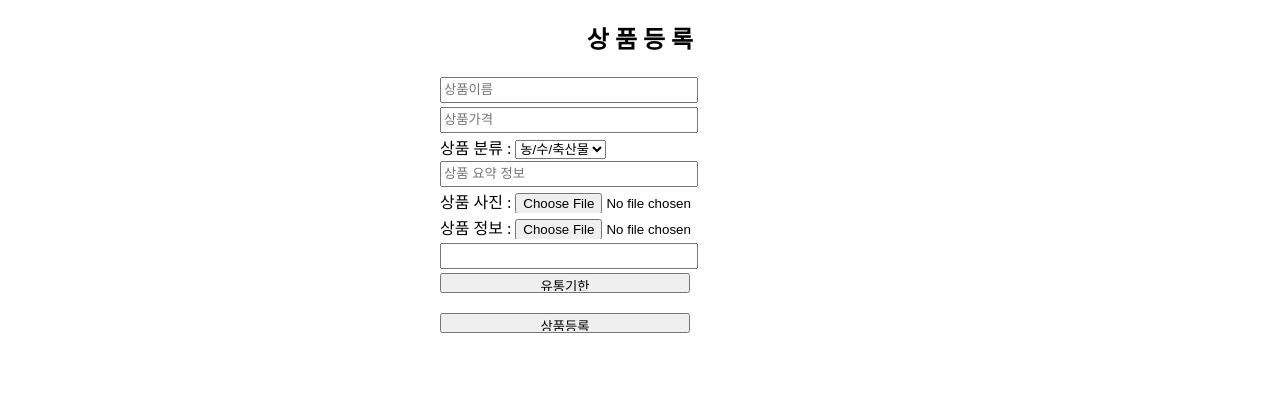
Repository: fellownew/project_workspace
Page: http://localhost/shoppingmall/WEB-INF/view/body/product/product_join_form.jsp
An editor plug-in stored every save of this project. The page is shown before and after a run of saves, followed by the edit.
The browser window is 1280 px wide. The pictures show the whole page.
The page is served by Tomcat 9. Nobody is signed in. Other server files are loaded and not shown. The template is opened directly, without the code that normally fills it, so the values that code supplies are empty.

Above is the page before, as saved 2015-06-11 01:50:34.

### shoppingmall/WebContent/WEB-INF/view/body/product/product_join_form.jsp
<%@ page contentType="text/html;charset=UTF-8"%>
<!DOCTYPE html>
<script type="text/javascript" src="<%=request.getContextPath() %>/script/jquery.js"></script>
<script type="text/javascript" src="<%=request.getContextPath() %>/script/date_picker.js"></script>
<script type="text/javascript">


	$(document).ready(function(){
		$("#registerBtn").on("click",function(){
			if($("#productId").val().trim()=='' ||
					$("#productPrice").val().trim()=='' ||
					$("#productInfo").val().trim()=='' ||
					$("#upfile").val().trim()=='' ||
					$("#expDate").val().trim()=='' ){
					alert("입력정보를 확인하세요");
					return false;
				}
		});

		$("#upfile").on("change",function(){
			var path = $(this).val();
			var leng = path.length;
			var txt = path.substr(leng-3,3);
			document.e
			if((txt != "jpg") && (txt != "peg") && (txt != "png") && (txt != "gif") && (txt != "bmp")){
				alert("jpg, jpeg, png, gif 파일만 등록 가능합니다.");
				return false;
			}


		});
		$("#infoUpfile").on("change",function(){
			var path = $(this).val();
			var leng = path.length;
			var txt = path.substr(leng-3,3);
			if((txt != "jpg") && (txt != "peg") && (txt != "png") && (txt != "gif") && (txt != "bmp")){
				alert("jpg, jpeg, png, gif 파일만 등록 가능합니다.");
				return false;
			}
		});
	});
</script>
<style>
#join_form input{
	margin-top: 2px;
	margin-bottom: 2px;
	width:250px;
	height: 20px;
}
</style>
<div style="width: 700px;margin:0 auto">
<h2 style="text-align: center"> 상 품 등 록 </h2>
	<div id="join_form" style="width:400px;margin:0 auto;text-align: left">
		<form action="insertProduct.do" method="POST" enctype="multipart/form-data">
			<input type="text" id="productName" name="productName" placeholder="상품이름" maxlength="50" required="required"/><br>
			<input type="number" id="productPrice" name="productPrice" placeholder="상품가격" required="required"/><br>
			상품 분류 :
			<select name="category" id="category">
				<option value="food" selected="selected">농/수/축산물</option>
				<option value="fruit">과일/채소</option>
				<option value="health">건강식품</option>
				<option value="snack">간식</option>
			</select><br>
			<input type="text" id="productInfo" name="productInfo" placeholder="상품 요약 정보" required="required"><br>
			상품 사진 : <input type="file" id="upfile" name="upfile"/><br>
			상품 정보 : <input type="file" id="infoUpfile" name="infoUpfile"/><br>
			<input type="text" id="expDate" name="expDate" readonly="readonly" required="required">
			<input type="button" value="유통기한" onClick="datePicker(event,'expDate')"><br>
			<input type="hidden" name="SellerId" value="${sessionScope.loginInfo.sellerId }"/><p>
			<input type="submit" id="registerBtn" value="상품등록">
		</form>
	</div>
</div>

### shoppingmall/WebContent/script/date_picker.js
// Calendar Script
// Licence : GPL (http://www.gnu.org/licenses/licenses.html#GPL)
// Update & Download  : http://www.ziwoo.net/zb/view.php?boardid=zb_ziwoo_javascript&uid=129
// This page was last modified on 2011.12.15 (Since 2010.04.11)

//ex1 : datePicker(event, 'targetFieldName');
//ex2 : datePicker(event, 'targetFieldName', 2);
//세번째 인자는 날짜를 입력할 타겟의 필드명이 복수인 경우를 위한 배열키.(기본값:0)

function datePicker(e, elm) {
	currentElement = (arguments[2])?document.getElementsByName(elm)[arguments[2]]:document.getElementsByName(elm)[0];
	var event = e || window.event;

	if(document.getElementById('currentDiv')) {
		document.getElementById("currentDiv").parentNode.removeChild(document.getElementById("currentDiv"));
	}

	if(arguments[0]){
		var eventX = event.clientX;
		var eventY = event.clientY;
		if(eventX>document.body.offsetWidth-182-40) eventX = document.body.offsetWidth-182-40;
		if(eventY>document.body.offsetHeight-158-40) eventY = document.body.offsetHeight-158-40;
		var calDivObj = document.createElement("div");
		calDivObj.setAttribute("id","currentDiv");
		calDivObj.style.width = '182px';
		calDivObj.style.height = '158px';
		calDivObj.style.border = "1px solid #D0D0D0";
		calDivObj.style.position = "absolute";
		calDivObj.style.top = eventY+document.body.scrollTop+10+'px';
		calDivObj.style.left = eventX+10+'px';
		calDivObj.style.zIndex = 100000;
		document.body.appendChild(calDivObj);
		fBuildHtml();
	}
}

function fBuildHtml() {
	var currentDate = new Date();
	var igYear = currentDate.getFullYear();
	var igMonth = currentDate.getMonth() + 1;
	var gMonths = new Array("1","2","3","4","5","6","7","8","9","10","11","12");
	var calHtml = "<table border='0' bgcolor='#C0C0C0'>";
	calHtml += "<tr style='font-size:9pt'>";
	calHtml += "<td valign='middle' align='center'>";
	calHtml += "<input type='button' name='PrevMonth' value='<' style='height:20px; width:20px; font:9pt Fixedsys;' onClick='fPrevMonth()'>";
	calHtml += " <select name='tbSelYear' style='font-size:9pt' onChange='fUpdateCal(tbSelYear.value, tbSelMonth.value)'>";
	for(i=1970;i<2030;i++) calHtml += "<OPTION value='"+i+"'>"+i+"</OPTION>";
	calHtml += "</select>";
	calHtml += " <select name='tbSelMonth' style='font-size:9pt' onChange='fUpdateCal(tbSelYear.value, tbSelMonth.value)'>";
	for (i=0; i<12; i++) calHtml += "<option value='"+(i+1)+"'>"+gMonths[i]+"</option>";
	calHtml += "</select>";
	calHtml += " <input type='button' name='PrevMonth' value='>' style='height:20px; width:20px; font:9pt Fixedsys;' onclick='fNextMonth()'>";
	calHtml += "</td>";
	calHtml += "</tr><tr>";
	calHtml += "<td align='center'>";
	calHtml += "<DIV><table width='100%' border='0' cellspacing='1' cellpadding='2'>";
	calHtml += fDrawCal(igYear,igMonth);
	calHtml += "</table></DIV>";
	calHtml += "</td>";
	calHtml += "</tr>";
	calHtml += "</td></tr>";
	calHtml += "</table>";

	document.getElementById('currentDiv').innerHTML = calHtml;
	fSetYearMon(igYear,igMonth);
}

function fDrawCal(iYear, iMonth) {
	var WeekDay = new Array("Sun","Mon","Tue","Wed","Thu","Fri","Sat");
	var calHtml = "<tr>";
	for(i=0; i<7; i++) calHtml += "<td bgcolor='White' width='20' valign='middle' align='center' style='font:bold 10px Tahoma; color:#C0C0C0;'>" + WeekDay[i] + "</td>";
	calHtml += "</tr>";
	var i = 0;
	for (w = 1; w < 7; w++) {
		calHtml += "<tr>";
		for (d = 0; d < 7; d++) {
			if(w==6 && d==6){
				calHtml += "<td bgcolor='#C0C0C0' width='20' valign='middle' align='center' style='padding:1px 0 0 3px; cursor:pointer;' onClick='datePicker()'>";
				calHtml += "<font color='White' face='Tahoma'>X</font>";
				calHtml += "</td>";
			}else{
				calHtml += "<td bgcolor='White' width='20' valign='middle' align='center' style='font:bold 10px Tahoma; cursor:pointer;' onMouseOver=\"this.bgColor='Pink'\" onMouseOut=\"this.bgColor='White'\" onClick='fSetSelected(this)'>";
				calHtml += "<font id='cellText_"+i+"'></font>";
				calHtml += "</td>";
			}
			i++;
		}
		calHtml += "</tr>";
	}
	return calHtml;
}

function fSetYearMon(iYear, iMon){
	var tbSelYear = document.getElementsByName('tbSelYear')[0];
	var tbSelMonth = document.getElementsByName('tbSelMonth')[0];
	tbSelMonth.options[iMon-1].selected = true;
	for (i = 0; i < tbSelYear.length; i++) if (tbSelYear.options[i].value == iYear) tbSelYear.options[i].selected = true;
	fUpdateCal(iYear, iMon);
}

function fPrevMonth(){
	var iMon = document.getElementsByName('tbSelMonth')[0].value;
	var iYear = document.getElementsByName('tbSelYear')[0].value;
	if (--iMon<1) {
		iMon = 12;
		iYear--;
	}
	fSetYearMon(iYear, iMon);
}

function fNextMonth(){
	var iMon = document.getElementsByName('tbSelMonth')[0].value;
	var iYear = document.getElementsByName('tbSelYear')[0].value;
	if (++iMon>12) {
		iMon = 1;
		iYear++;
	}
	fSetYearMon(iYear, iMon);
}

function fUpdateCal(iYear, iMonth) {
	myMonth = fBuildCal(iYear, iMonth);
	var currentDate = new Date();
	var igYear = currentDate.getFullYear();
	var igMonth = currentDate.getMonth() + 1;
	var igDate = currentDate.getDate();
	var i = 0;
	for (w = 0; w < 6; w++) for (d = 0; d < 7; d++) if(w!=5 || d!=6) {
		with (document.getElementById('cellText_'+parseInt((7*w)+d))) {
			if (myMonth[w+1][d]<0) {
				color = "#808080";
				innerHTML = -myMonth[w+1][d];
			}else{
				if(d==0) color = "red";
				else if(d==6) color = "blue";
				else color = "black";
				innerHTML = myMonth[w+1][d];
				if(iYear==igYear && iMonth==igMonth && innerHTML==igDate){
					parentNode.style.backgroundColor='#D8FF00';
				}else{
					parentNode.style.backgroundColor='';
				}
			}
		}
	}
}

function fBuildCal(iYear, iMonth) {
	var aMonth=new Array();
	for(i=1;i<7;i++) aMonth[i]=new Array(i);
	var dCalDate=new Date(iYear, iMonth-1, 1);
	var iDayOfFirst=dCalDate.getDay();
	var iDaysInMonth=new Date(iYear, iMonth, 0).getDate();
	var iOffsetLast=new Date(iYear, iMonth-1, 0).getDate()-iDayOfFirst+1;
	var iDate = 1;
	var iNext = 1;
	for (d = 0; d < 7; d++) aMonth[1][d] = (d<iDayOfFirst)?-(iOffsetLast+d):iDate++;
	for (w = 2; w < 7; w++) for (d = 0; d < 7; d++) if(w!=6 || d!=6) aMonth[w][d] = (iDate<=iDaysInMonth)?iDate++:-(iNext++);
	return aMonth;
}

function fSetSelected(aCell){
	var tbSelYear = document.getElementsByName('tbSelYear')[0];
	var tbSelMonth = document.getElementsByName('tbSelMonth')[0];
	var iOffset = 0;
	var iYear = parseInt(tbSelYear.value);
	var iMonth = parseInt(tbSelMonth.value);
	with (aCell.firstChild){
		var iDay = parseInt(innerHTML);
		if(aCell.parentNode.rowIndex<2 && iDay>15) iMonth--;
		if(aCell.parentNode.rowIndex>4 && iDay<15) iMonth++;
		if (iMonth<1) {
			iYear--;
			iMonth = 12;
		}else if (iMonth>12){
			iYear++;
			iMonth = 1;
		}
	}
	currentElement.value = iYear+"-"+(parseInt(iMonth+100).toString().substring(1,3))+"-"+(parseInt(iDay+100)).toString().substring(1,3);
	document.getElementById("currentDiv").parentNode.removeChild(document.getElementById("currentDiv"));
}

Loaded but not shown: shoppingmall/WebContent/script/jquery.js (library)

After the next 2 saves:
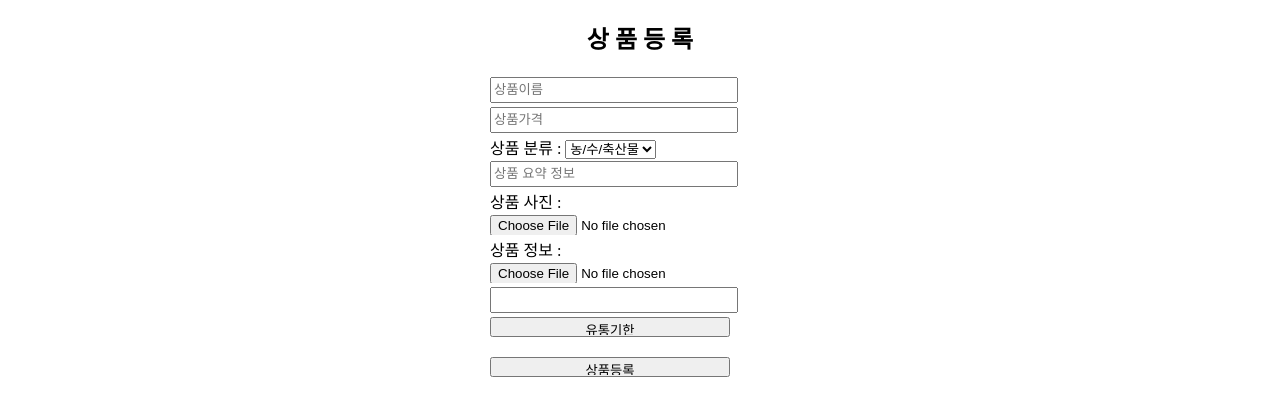
The 2 saves are shown as one change because they came seconds apart.
The last was saved 34 s later.
--- a/shoppingmall/WebContent/WEB-INF/view/body/product/product_join_form.jsp
+++ b/shoppingmall/WebContent/WEB-INF/view/body/product/product_join_form.jsp
@@ -44,13 +44,13 @@
 #join_form input{
 	margin-top: 2px;
 	margin-bottom: 2px;
-	width:250px;
+	width:240px;
 	height: 20px;
 }
 </style>
 <div style="width: 700px;margin:0 auto">
 <h2 style="text-align: center"> 상 품 등 록 </h2>
-	<div id="join_form" style="width:400px;margin:0 auto;text-align: left">
+	<div id="join_form" style="width:300px;margin:0 auto;text-align: left">
 		<form action="insertProduct.do" method="POST" enctype="multipart/form-data">
 			<input type="text" id="productName" name="productName" placeholder="상품이름" maxlength="50" required="required"/><br>
 			<input type="number" id="productPrice" name="productPrice" placeholder="상품가격" required="required"/><br>
